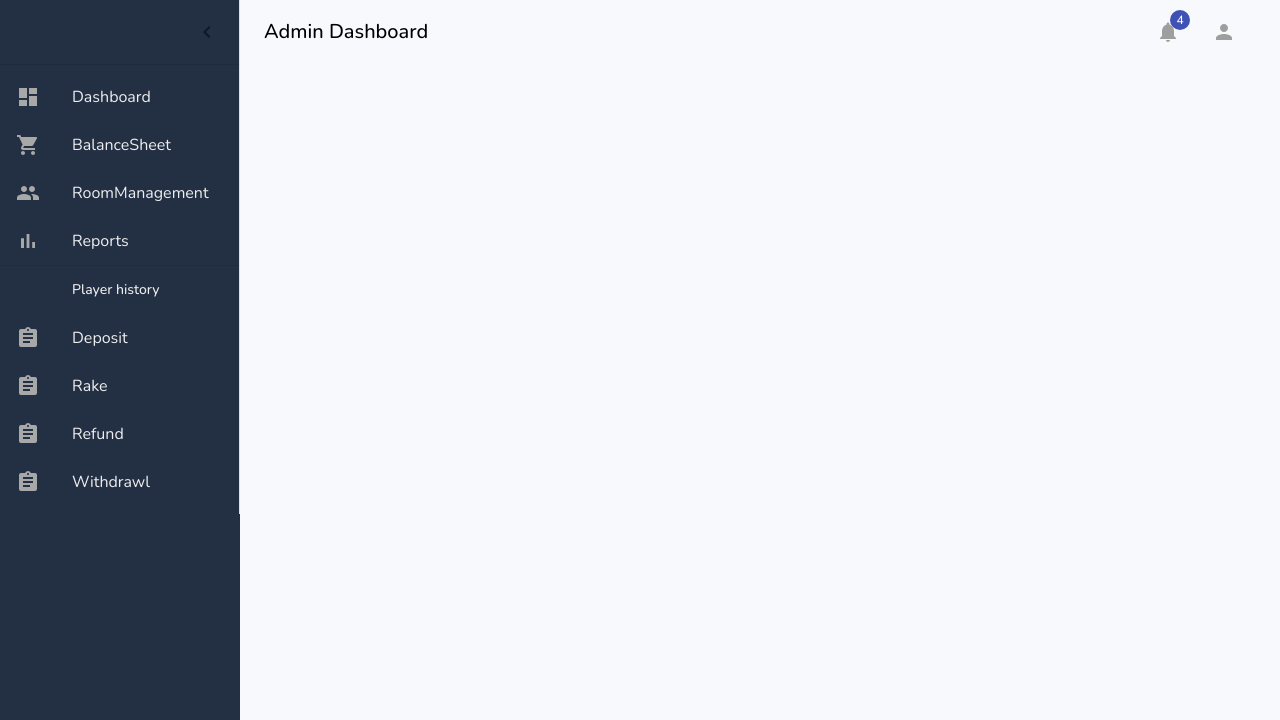
Repository: imayankbisht/ludofrontend
Page: /Dashboard
An editor plug-in stored every save of this project. The page is shown before and after a run of saves, followed by the edit.
The browser window is 1280 px wide. The pictures show the whole page.
The project was rebuilt for these pictures with package versions that can differ from the ones it lists, and the page was loaded fresh each time. Also part of the build but not shown: src/Components/UserControl.js, src/services/apiCall.js, src/Components/UserTable.js, src/Components/UserManagement.js, src/axios.js, src/Components/login.js, src/Components/UserForm.js, src/Components/EditForm.js.

Above is the page before, as saved 2021-01-19 17:41:21.

### src/App.js
import React from 'react';
import './App.css';
import {
  BrowserRouter as Router,
  Switch,
  Route,
 Redirect
} from "react-router-dom";
// import SignInOutContainer from './containers';
import Dashboard from './Components/Dashboard';
import Login from './Components/login';
// import RoomManagement from './Container/RoomManagement';
import UserManagement from './Components/UserManagement';
import UserForm from './Components/UserForm';
import EditForm from './Components/EditForm';
 function App() {
  return (
    <div className="App">
  <Router >
    <Switch>
      <Route path="/login" component={Login} />
      <Route path="/Dashboard" component={Dashboard} />
      {/* <Route path="/RoomManagement" component={RoomManagement} /> */}
      <Route  path="/UserManagement" render={props =><UserManagement {...props} />} />
                <Route  path="/create" render={props =>(
                    <UserForm heading="Create Room" />
                )}/>
                <Route exact path="/api/edit/:id" render={props =>{
                    return(
                        <EditForm {...props}/>
                    )
                }}/>

      <Redirect from="/" to="/login" />
    </Switch>
  </Router>
      </div>
  );
}


export default App;

### src/App.css
.App {
  /* text-align: center; */

}

.App-logo {
  height: 40vmin;
  pointer-events: none;
}

@media (prefers-reduced-motion: no-preference) {
  .App-logo {
    animation: App-logo-spin infinite 20s linear;
  }
}

.App-header {
  background-color: #282c34;
  min-height: 100vh;
  display: flex;
  flex-direction: column;
  align-items: center;
  justify-content: center;
  font-size: calc(10px + 2vmin);
  color: white;
}

.App-link {
  color: #61dafb;
}

@keyframes App-logo-spin {
  from {
    transform: rotate(0deg);
  }
  to {
    transform: rotate(360deg);
  }
}

### src/Components/Dashboard.js
import React from 'react';
import clsx from 'clsx';
import { makeStyles } from '@material-ui/core/styles';
import CssBaseline from '@material-ui/core/CssBaseline';
import Drawer from '@material-ui/core/Drawer';
import Box from '@material-ui/core/Box';
import AppBar from '@material-ui/core/AppBar';
import Toolbar from '@material-ui/core/Toolbar';
import List from '@material-ui/core/List';
import Typography from '@material-ui/core/Typography';
import Divider from '@material-ui/core/Divider';
import IconButton from '@material-ui/core/IconButton';
import Badge from '@material-ui/core/Badge';
import Container from '@material-ui/core/Container';
import Grid from '@material-ui/core/Grid';
import Paper from '@material-ui/core/Paper';
// import Link from '@material-ui/core/Link';
import MenuIcon from '@material-ui/icons/Menu';
import ChevronLeftIcon from '@material-ui/icons/ChevronLeft';
import NotificationsIcon from '@material-ui/icons/Notifications';
import { mainListItems} from './listItems';
import Deposits from './Cards/Deposits';
import MenuItem from "@material-ui/core/MenuItem";
import MenuList from "@material-ui/core/MenuList";
import Hidden from "@material-ui/core/Hidden";
import Grow from "@material-ui/core/Grow";
import Poppers from "@material-ui/core/Popper";
import ClickAwayListener from "@material-ui/core/ClickAwayListener";
import Person from "@material-ui/icons/Person";
import classNames from "classnames";
import Button from "@material-ui/core/Button";
import {Link, Redirect} from 'react-router-dom';
import "typeface-nunito";
import  Cashout from './Cards/Cashout';
import Netbalance from './Cards/Netbalance';
import Rake from './Cards/Rake';
import Refund from './Cards/Refund';
import UserManagement from './UserManagement';
import { ThemeProvider, createMuiTheme } from '@material-ui/core/styles';
const theme = createMuiTheme({

  typography: {
      fontFamily: [
        'Nunito',
        'serif',
      ].join(','),
  },
});

const drawerWidth = 240;

const useStyles = makeStyles((theme) => ({
  root: {
    display: 'flex',
  },
  toolbar: {
    paddingRight: 24, // keep right padding when drawer closed
  },
  toolbarIcon: {
    display: 'flex',
    alignItems: 'center',
    justifyContent: 'flex-end',
    padding: '0 8px',
    ...theme.mixins.toolbar,
  },
  appBar: {
    zIndex: theme.zIndex.drawer + 1,
    transition: theme.transitions.create(['width', 'margin'], {
      easing: theme.transitions.easing.sharp,
      duration: theme.transitions.duration.leavingScreen,
    }),
  },
  appBarShift: {
    marginLeft: drawerWidth,
    width: `calc(100% - ${drawerWidth}px)`,
    transition: theme.transitions.create(['width', 'margin'], {
      easing: theme.transitions.easing.sharp,
      duration: theme.transitions.duration.enteringScreen,
    }),
  },
  menuButton: {
    marginRight: 36,
  },
  menuButtonHidden: {
    display: 'none',
  },
  title: {
    flexGrow: 1,
  },
  drawerPaper: {
    position: 'relative',
    whiteSpace: 'nowrap',
    width: drawerWidth,
    transition: theme.transitions.create('width', {
      easing: theme.transitions.easing.sharp,
      duration: theme.transitions.duration.enteringScreen,
    }),
  },
  drawerPaperClose: {
    overflowX: 'hidden',
    transition: theme.transitions.create('width', {
      easing: theme.transitions.easing.sharp,
      duration: theme.transitions.duration.leavingScreen,
    }),
    width: theme.spacing(7),
    [theme.breakpoints.up('sm')]: {
      width: theme.spacing(9),
    },
  },
  appBarSpacer: theme.mixins.toolbar,
  content: {
    flexGrow: 1,
    height: '100vh',
    overflow: 'auto',
  },
  container: {
    paddingTop: theme.spacing(4),
    paddingBottom: theme.spacing(4),
  },
  paper: {
    padding: theme.spacing(2),
    display: 'flex',
    overflow: 'auto',
    flexDirection: 'column',
  },
  fixedHeight: {
    height: 240,
  },
}));

 function Dashboard() {
  const classes = useStyles();
  const [open, setOpen] = React.useState(true);
  const [openProfile, setOpenProfile] = React.useState(null);
  const handleClickProfile = event => {
    if (openProfile && openProfile.contains(event.target)) {
      setOpenProfile(null);
    } else {
      setOpenProfile(event.currentTarget);
    }
  };
  const handleCloseProfile = () => {
    setOpenProfile(null);
  };
  const handleDrawerOpen = () => {
    setOpen(true);
  };
  const handleDrawerClose = () => {
    setOpen(false);
  };
  const fixedHeightPaper = clsx(classes.paper, classes.fixedHeight);

  return (
    <ThemeProvider theme={theme}>
    <div className={classes.root}>
      <CssBaseline />
      <AppBar position="absolute" style={{ background: '#f7f9fc',color:'black',boxShadow: "none" }} className={clsx(classes.appBar, open && classes.appBarShift)}>
        <Toolbar className={classes.toolbar}>
          <IconButton
            edge="start"
            color="inherit"
            aria-label="open drawer"
            onClick={handleDrawerOpen}
            className={clsx(classes.menuButton, open && classes.menuButtonHidden)}
          >
            <MenuIcon />
          </IconButton>

          <Typography component="h1" variant="h6"  color="inherit" noWrap className={classes.title}>
          Admin Dashboard
          </Typography>

          <IconButton style={{ color: '#9e9e9e'}} color="inherit">
            <Badge badgeContent={4}  color="primary">
              <NotificationsIcon  />
            </Badge>
          </IconButton>
          <Button
          color={window.innerWidth > 959 ? "transparent" : "white"}
          justIcon={window.innerWidth > 959}
          simple={!(window.innerWidth > 959)}
          aria-owns={openProfile ? "profile-menu-list-grow" : null}
          aria-haspopup="true"
          onClick={handleClickProfile}
          className={classes.buttonLink}
        >
          <Person style={{ color: '#9e9e9e'}} className={classes.icons} />
          <Hidden mdUp implementation="css">
            <p className={classes.linkText}>Profile</p>
          </Hidden>
        </Button>
        <Poppers
          open={Boolean(openProfile)}
          anchorEl={openProfile}
          transition
          disablePortal
          className={
            classNames({ [classes.popperClose]: !openProfile }) +
            " " +
            classes.popperNav
          }
        >
          {({ TransitionProps, placement }) => (
            <Grow
              {...TransitionProps}
              id="profile-menu-list-grow"
              style={{
                transformOrigin:
                  placement === "bottom" ? "center top" : "center bottom"
              }}
            >
              <Paper>
                <ClickAwayListener onClickAway={handleCloseProfile}>
                  <MenuList role="menu">
                    <MenuItem
                      onClick={handleCloseProfile}
                      className={classes.dropdownItem}
                    >
                      Profile
                    </MenuItem>
                    <MenuItem
                      onClick={handleCloseProfile}
                      className={classes.dropdownItem}
                    >
                      Settings
                    </MenuItem>
                    <Divider light />
                    <Link style={{color:'black', textDecoration:'none'}} to="login">
                    <MenuItem
                      onClick={handleCloseProfile}
                      className={classes.dropdownItem}
                    >
                      Logout
                    </MenuItem>
                    </Link>
                  </MenuList>
                </ClickAwayListener>
              </Paper>
            </Grow>
          )}
        </Poppers>
        </Toolbar>
      </AppBar>
     <Box bgcolor="#233044">
     <Drawer
        variant="permanent"
        classes={{
          paper: clsx(classes.drawerPaper, !open && classes.drawerPaperClose),
        }}
        open={open}
      >
        <Box bgcolor="#233044">
        <div className={classes.toolbarIcon}>
          <IconButton onClick={handleDrawerClose}>
            <ChevronLeftIcon />
          </IconButton>
        </div>
        <Divider />
        <List>{mainListItems}</List>
        </Box>
        {/* <List>{secondaryListItems}</List> */}
      </Drawer>
     </Box>
      <main style={{ background: '#f7f9fc'}} className={classes.content}>
        <div className={classes.appBarSpacer} />
        <Container maxWidth="lg" className={classes.container}>
          <Grid container spacing={3}>

            {/* <Grid item xs={12} md={4} lg={3}>
              <Paper className={fixedHeightPaper}>
                <Deposits />
              </Paper>
            </Grid>

            <Grid item xs={12} md={4} lg={3}>
              <Paper className={fixedHeightPaper}>
                <Rake />
              </Paper>
            </Grid>
            <Grid item xs={12} md={4} lg={3}>
              <Paper className={fixedHeightPaper}>
                <Cashout />
              </Paper>
            </Grid>

            <Grid item xs={12} md={4} lg={3}>
              <Paper className={fixedHeightPaper}>
                <Refund />
              </Paper>
            </Grid>
            <Grid item xs={12} md={4} lg={3}>
              <Paper className={fixedHeightPaper}>
                <Netbalance />
              </Paper>
            </Grid> */}


          </Grid>

        </Container>
      </main>
    </div>
    </ThemeProvider>
  );
}
export default Dashboard;

### src/Components/listItems.js
import React from 'react';
import ListItem from '@material-ui/core/ListItem';
import ListItemIcon from '@material-ui/core/ListItemIcon';
import ListItemText from '@material-ui/core/ListItemText';
import ListSubheader from '@material-ui/core/ListSubheader';
import DashboardIcon from '@material-ui/icons/Dashboard';
import ShoppingCartIcon from '@material-ui/icons/ShoppingCart';
import PeopleIcon from '@material-ui/icons/People';
import BarChartIcon from '@material-ui/icons/BarChart';
import LayersIcon from '@material-ui/icons/Layers';
import AssignmentIcon from '@material-ui/icons/Assignment';
import Box from '@material-ui/core/Box';
import Divider from '@material-ui/core/Divider';
import "typeface-nunito";
import { ThemeProvider, createMuiTheme } from '@material-ui/core/styles';
import { Button} from '@material-ui/core';
import {Link} from 'react-router-dom';
const theme = createMuiTheme({

  typography: {
      fontFamily: [
        'Nunito',
        'serif',
      ].join(','),
  },
});
export const mainListItems = (
  // <Box bgcolor="lightgray">
  <ThemeProvider theme={theme}>
  <div>

   <ListItem button>
      <ListItemIcon>
        <DashboardIcon  style={{ color: '#a8a8a8'}}/>
      </ListItemIcon>
      <ListItemText style={{ color: '#eeeeee'}}  primary="Dashboard" />
    </ListItem>
    <ListItem button>
      <ListItemIcon>
        <ShoppingCartIcon style={{ color: '#a8a8a8'}}/>
      </ListItemIcon>
      <ListItemText style={{ color: '#eeeeee'}} primary="BalanceSheet" />
    </ListItem>
    <ListItem button>
      <ListItemIcon>
        <PeopleIcon style={{ color: '#a8a8a8'}} />
      </ListItemIcon>
      <Link style={{ textDecoration:'none'}}to="/UserManagement">

      <ListItemText style={{ color: '#eeeeee'}} primary="RoomManagement" />
      </Link>
    </ListItem>
    <ListItem button>
      <ListItemIcon>
        <BarChartIcon style={{ color: '#a8a8a8'}} />
      </ListItemIcon>
      <ListItemText style={{ color: '#eeeeee'}} primary="Reports" />
    </ListItem>
    <Divider />
    <ListSubheader style={{ color: '#eeeeee'}} inset>Player history</ListSubheader>
    <ListItem button>
      <ListItemIcon>
        <AssignmentIcon style={{ color: '#a8a8a8'}} />
      </ListItemIcon>
      <ListItemText style={{ color: '#eeeeee'}} primary="Deposit" />
    </ListItem>
    <ListItem button>
      <ListItemIcon>
        <AssignmentIcon style={{ color: '#a8a8a8'}} />
      </ListItemIcon>
      <ListItemText style={{ color: '#eeeeee'}} primary="Rake" />
    </ListItem>
    <ListItem button>
      <ListItemIcon>
        <AssignmentIcon style={{ color: '#a8a8a8'}} />
      </ListItemIcon>
      <ListItemText style={{ color: '#eeeeee'}} primary="Refund" />
    </ListItem>
    <ListItem button>
      <ListItemIcon>
        <AssignmentIcon style={{ color: '#a8a8a8'}} />
      </ListItemIcon>
      <ListItemText style={{ color: '#eeeeee'}} primary="Withdrawl" />
    </ListItem>


  </div>
  </ThemeProvider>

);

### src/Components/Cards/Deposits.js
import React from 'react';
import Link from '@material-ui/core/Link';
import { makeStyles } from '@material-ui/core/styles';
import Typography from '@material-ui/core/Typography';
import Title from '../Title';
import { Grid } from '@material-ui/core';
import Chip from '@material-ui/core/Chip';

function preventDefault(event) {
  event.preventDefault();
}

const useStyles = makeStyles({
  depositContext: {
    flex: 1,
  },
});

export default function Deposits() {
  const classes = useStyles();
  return (
    <React.Fragment>
      <Grid container>
            <Grid item xs={12} md={4} lg={9}>
            <Title >Total Deposits  </Title>

            </Grid>
            <Grid item xs={12} md={4} lg={3}>
            <Chip label="today" style={{backgroundColor:'#4782da'}}/>
            </Grid>
        </Grid>
      <Typography component="p" variant="h4">
        $4,123.00
      </Typography>
      <Typography color="textSecondary" className={classes.depositContext}>
      on 17 jan, 2020
      </Typography>
      <div>
        <Link color="textSecondary" href="#" onClick={preventDefault}>
        <span style={{color:"#4caf50"}}> +14%</span>  View balance
        </Link>
      </div>
    </React.Fragment>
  );
}

### src/Components/Cards/Cashout.js
import React from 'react';
import Link from '@material-ui/core/Link';
import { makeStyles } from '@material-ui/core/styles';
import Typography from '@material-ui/core/Typography';
import Title from '../Title';
import Chip from '@material-ui/core/Chip';
import { Grid } from '@material-ui/core';

function preventDefault(event) {
  event.preventDefault();
}

const useStyles = makeStyles({
  depositContext: {
    flex: 1,
  },
});

export default function Cashout() {
  const classes = useStyles();
  return (
    <React.Fragment>
        <Grid container>
            <Grid item xs={12} md={4} lg={9}>
            <Title >Recent Cashout  <span></span></Title>

            </Grid>
            <Grid item xs={12} md={4} lg={3}>
            <Chip label="today" style={{backgroundColor:'#4782da'}} />
            </Grid>
        </Grid>


      <Typography component="p" variant="h4">
        $2,034.00
      </Typography>
      <Typography color="textSecondary" className={classes.depositContext}>
      on 17 jan, 2020
      </Typography>
      <div>
        <Link color="textSecondary" href="#" onClick={preventDefault}>
        <span style={{color:"#f44336"}}> +12%</span>  View balance
        </Link>
      </div>
    </React.Fragment>
  );
}

### src/Components/Cards/Netbalance.js
import React from 'react';
import Link from '@material-ui/core/Link';
import { makeStyles } from '@material-ui/core/styles';
import Typography from '@material-ui/core/Typography';
import Title from '../Title';
import { Grid } from '@material-ui/core';
import Chip from '@material-ui/core/Chip';

function preventDefault(event) {
  event.preventDefault();
}

const useStyles = makeStyles({
  depositContext: {
    flex: 1,
  },
});

export default function Netbalance() {
  const classes = useStyles();
  return (
    <React.Fragment>
      <Grid container>
            <Grid item xs={12} md={4} lg={9}>
            <Title >Net balance  <span></span></Title>

            </Grid>
            <Grid item xs={12} md={4} lg={3}>
            <Chip label="today" style={{backgroundColor:'#4782da'}} />
            </Grid>
        </Grid>
      <Typography component="p" variant="h4">
        $500.00
      </Typography>
      <Typography color="textSecondary" className={classes.depositContext}>
      on 17 jan, 2020
      </Typography>
      <div>
        <Link color="textSecondary" href="#" onClick={preventDefault}>
        <span style={{color:"#4caf50"}}> +17%</span>  View balance
        </Link>
      </div>
    </React.Fragment>
  );
}

### src/Components/Cards/Rake.js
import React from 'react';
import Link from '@material-ui/core/Link';
import { makeStyles } from '@material-ui/core/styles';
import Typography from '@material-ui/core/Typography';
import Title from '../Title';
import { Grid } from '@material-ui/core';
import Chip from '@material-ui/core/Chip';

function preventDefault(event) {
  event.preventDefault();
}

const useStyles = makeStyles({
  depositContext: {
    flex: 1,
  },
});

export default function Rake() {
  const classes = useStyles();
  return (
    <React.Fragment>
     <Grid container>
            <Grid item xs={12} md={4} lg={9}>
            <Title >Rake deducted <span></span></Title>

            </Grid>
            <Grid item xs={12} md={4} lg={3}>
            <Chip label="today" style={{backgroundColor:'#4782da'}}/>
            </Grid>
        </Grid>
      <Typography component="p" variant="h4">
        $625.00
      </Typography>
      <Typography color="textSecondary" className={classes.depositContext}>
      on 17 jan, 2020
      </Typography>
      <div>
        <Link color="textSecondary" href="#" onClick={preventDefault}>
        <span style={{color:"#4caf50"}}> +14%</span>  View balance
        </Link>
      </div>
    </React.Fragment>
  );
}

### src/Components/Cards/Refund.js
import React from 'react';
import Link from '@material-ui/core/Link';
import { makeStyles } from '@material-ui/core/styles';
import Typography from '@material-ui/core/Typography';
import Title from '../Title';
import { Grid } from '@material-ui/core';
import Chip from '@material-ui/core/Chip';

function preventDefault(event) {
  event.preventDefault();
}

const useStyles = makeStyles({
  depositContext: {
    flex: 1,
  },
});

export default function Refund() {
  const classes = useStyles();
  return (
    <React.Fragment>

     <Grid container>
            <Grid item xs={12} md={4} lg={9}>
            <Title >Total Refund  <span></span></Title>

            </Grid>
            <Grid item xs={12} md={4} lg={3}>
            <Chip label="today"  style={{backgroundColor:'#4782da'}} />
            </Grid>
        </Grid>
      <Typography component="p" variant="h4">
        $964.00
      </Typography>
      <Typography color="textSecondary" className={classes.depositContext}>
        on 17 jan, 2020
      </Typography>
      <div>
        <Link color="textSecondary" href="#" onClick={preventDefault}>
        <span style={{color:"#f44336"}}> +11%</span>  View balance
        </Link>
      </div>

    </React.Fragment>
  );
}

### src/Components/Title.js
import React from 'react';
import PropTypes from 'prop-types';
import Typography from '@material-ui/core/Typography';
import "typeface-nunito";
import { ThemeProvider, createMuiTheme } from '@material-ui/core/styles';
const theme = createMuiTheme({
  typography: {
    fontFamily: [
      'nunito',
      'serif',
    ].join(','),
},});
export default function Title(props) {
  return (
   <ThemeProvider theme={theme}>
      <Typography component="h2" variant="h6" color="textsecondary" gutterBottom>
      {props.children}
    </Typography>
   </ThemeProvider>
  );
}

Title.propTypes = {
  children: PropTypes.node,
};

Loaded but not shown: public/index.html (common file); src/index.js (common file); src/index.css (common file); src/serviceWorker.js (common file)

After the next 3 saves:
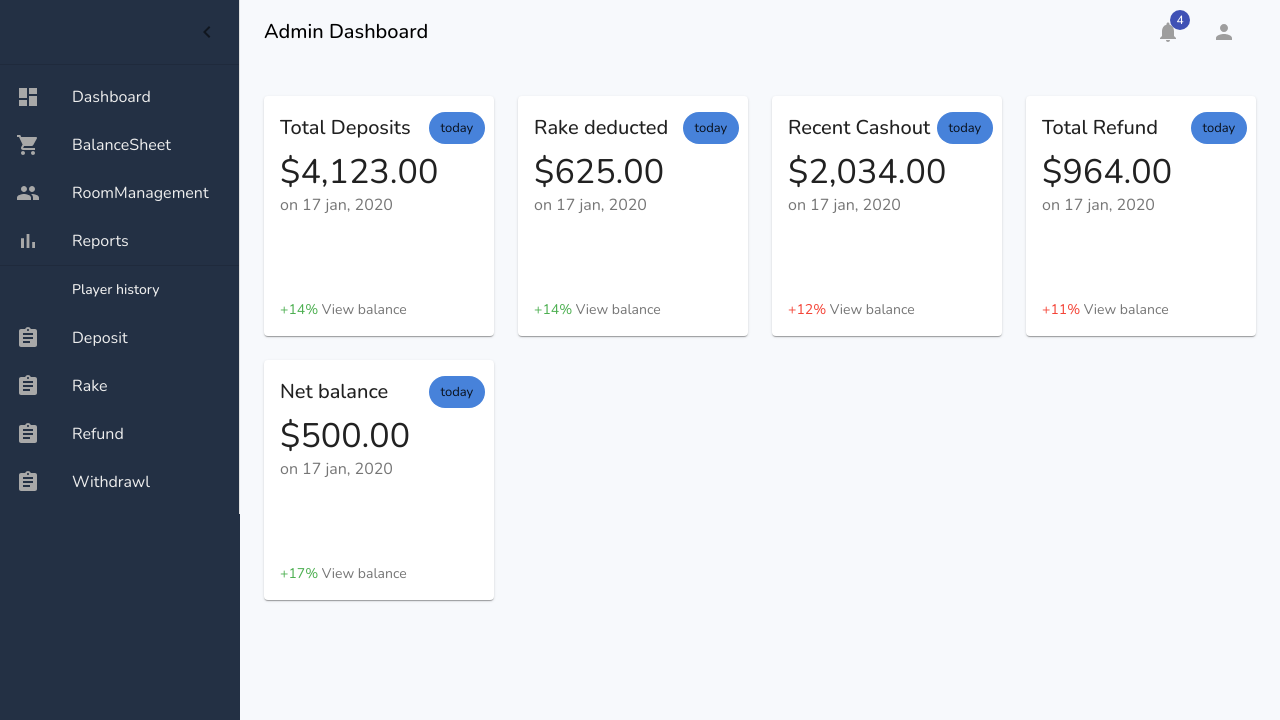
The 3 saves are shown as one change because they came seconds apart.
The last was saved 11 s later.
--- a/src/Components/Dashboard.js
+++ b/src/Components/Dashboard.js
@@ -265,13 +265,13 @@ const useStyles = makeStyles((theme) => ({
         <div className={classes.appBarSpacer} />
         <Container maxWidth="lg" className={classes.container}>
           <Grid container spacing={3}>
-
-            {/* <Grid item xs={12} md={4} lg={3}>
+            {/* Deposits */}
+            <Grid item xs={12} md={4} lg={3}>
               <Paper className={fixedHeightPaper}>
                 <Deposits />
               </Paper>
             </Grid>
-
+            {/* Recent Rake */}
             <Grid item xs={12} md={4} lg={3}>
               <Paper className={fixedHeightPaper}>
                 <Rake />
@@ -282,7 +282,7 @@ const useStyles = makeStyles((theme) => ({
                 <Cashout />
               </Paper>
             </Grid>
-
+            {/* Recent Refund */}
             <Grid item xs={12} md={4} lg={3}>
               <Paper className={fixedHeightPaper}>
                 <Refund />
@@ -292,7 +292,7 @@ const useStyles = makeStyles((theme) => ({
               <Paper className={fixedHeightPaper}>
                 <Netbalance />
               </Paper>
-            </Grid> */}
+            </Grid>
 
 
           </Grid>
